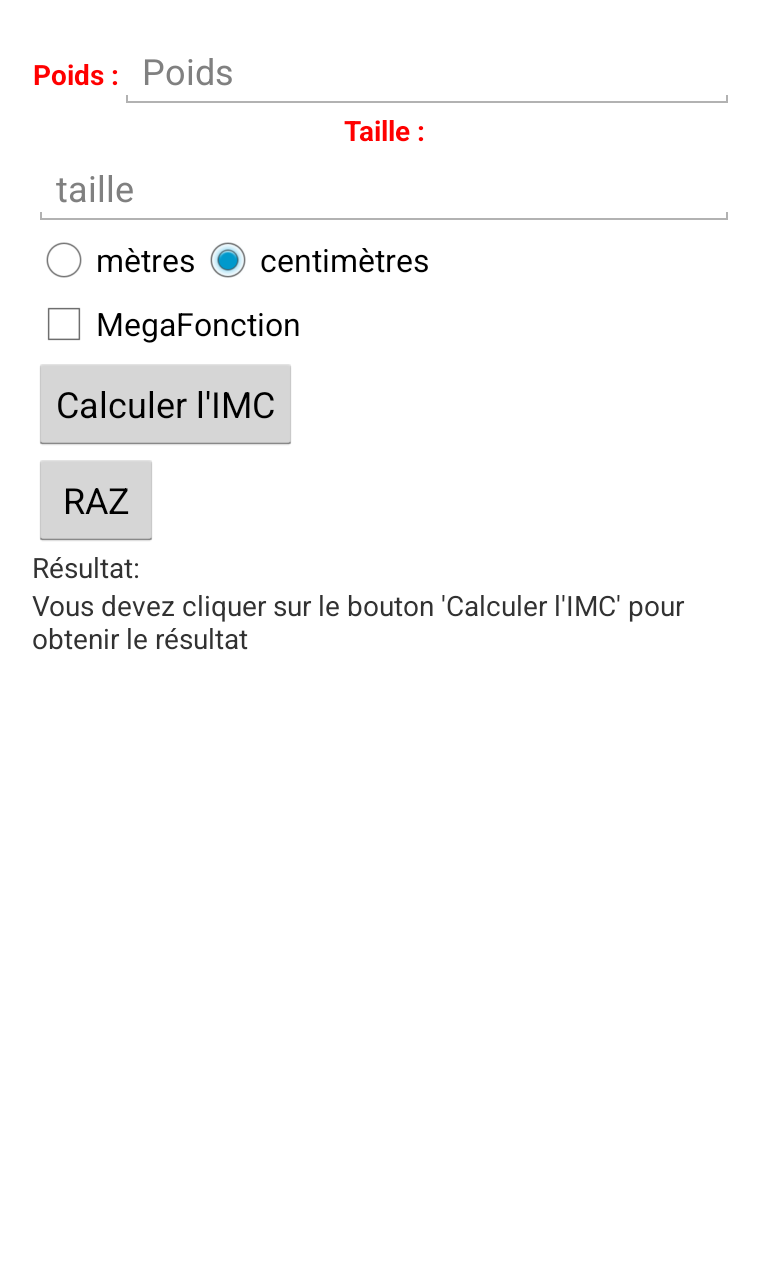
Repository: mikaelpopowicz/cours
Layout: graph/test/res/layout/activity_main.xml
The author's editor kept a copy of each file at every save. The layout is drawn from the files as they stood at one save, then again after the next save.
It is drawn on a 768 x 1280 px phone screen (xhdpi) without system bars, with theme AppTheme; the app's code is not run.

Above is the layout before, as saved 2014-02-27 07:29:15.

After the next save:
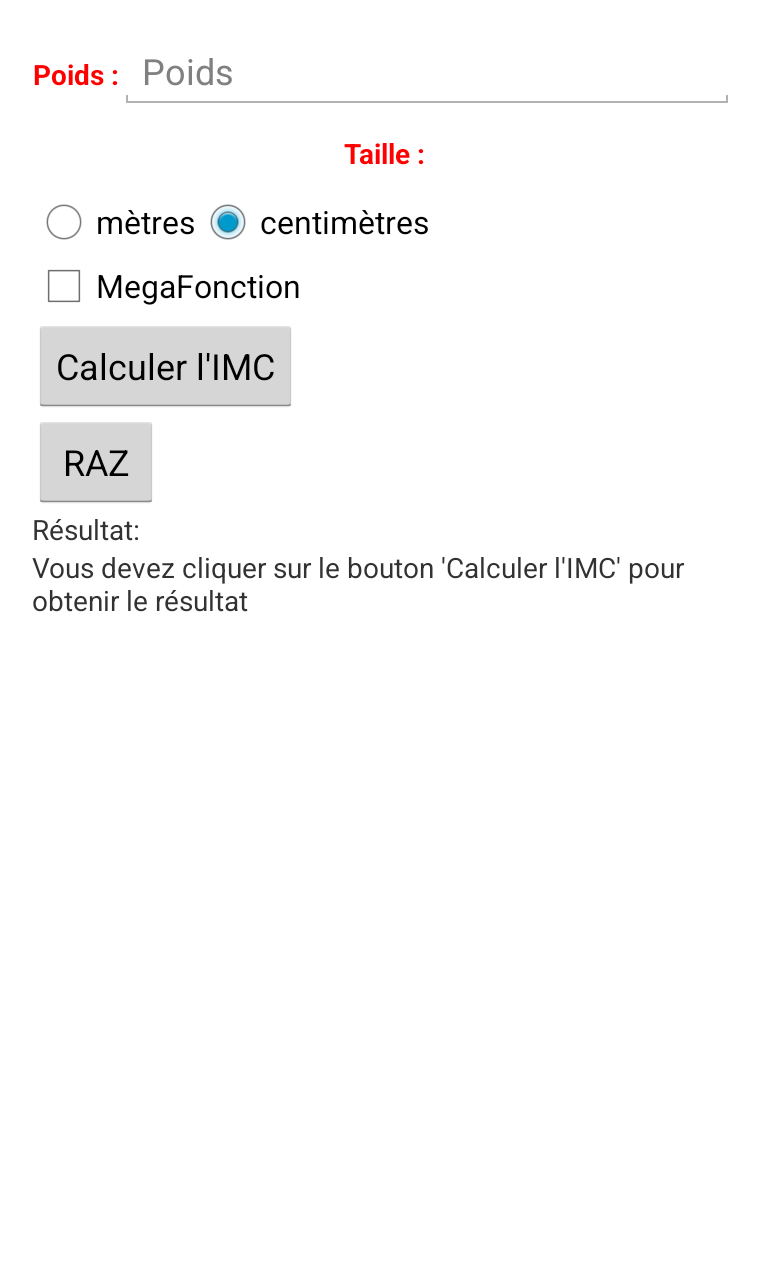
Saved 4 min 50 s later.
--- a/graph/test/res/layout/activity_main.xml
+++ b/graph/test/res/layout/activity_main.xml
@@ -31,8 +31,12 @@
         android:layout_weight="1"/>
     </LinearLayout>
 
+    <LinearLayout
+        android:layout_width="fill_parent"
+        android:layout_height="wrap_content"
+        android:orientation="horizontal">
 
-    <TextView
+        <TextView
         android:layout_width="fill_parent"
         android:layout_height="wrap_content"
         android:text="Taille :"
@@ -45,7 +49,12 @@
         android:layout_width="fill_parent"
         android:layout_height="wrap_content"
         android:hint="taille"
-        android:inputType="text"/>
+        android:inputType="numberDecimal"
+        android:layout_weight="1"/>
+
+    </LinearLayout>
+
+
 
     <RadioGroup
         android:id="@+id/group"
